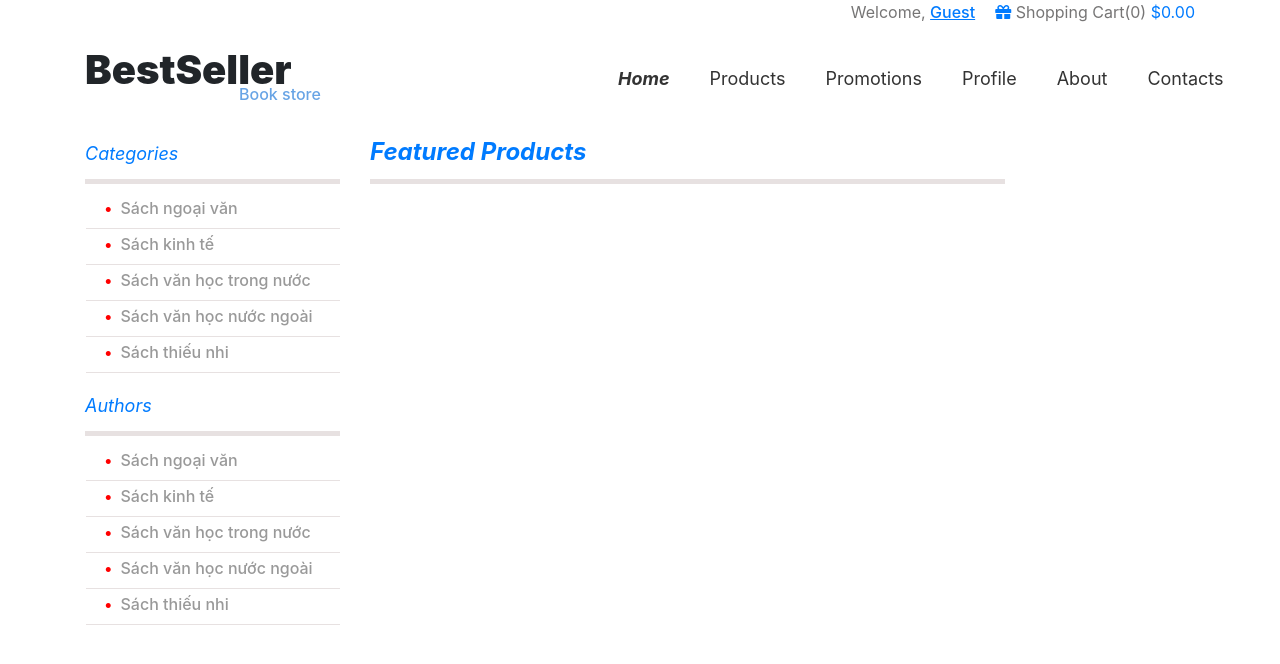
Repository: phunobi1807/BestSeller
Page: index.html
The author's editor kept a copy of each file at every save. The page is drawn from the files as they stood at one save, then again after the next save.
The browser window is 1280 px wide. The pictures show the whole page.

Above is the page before, as saved 2021-06-28 23:29:35.

After the next save:
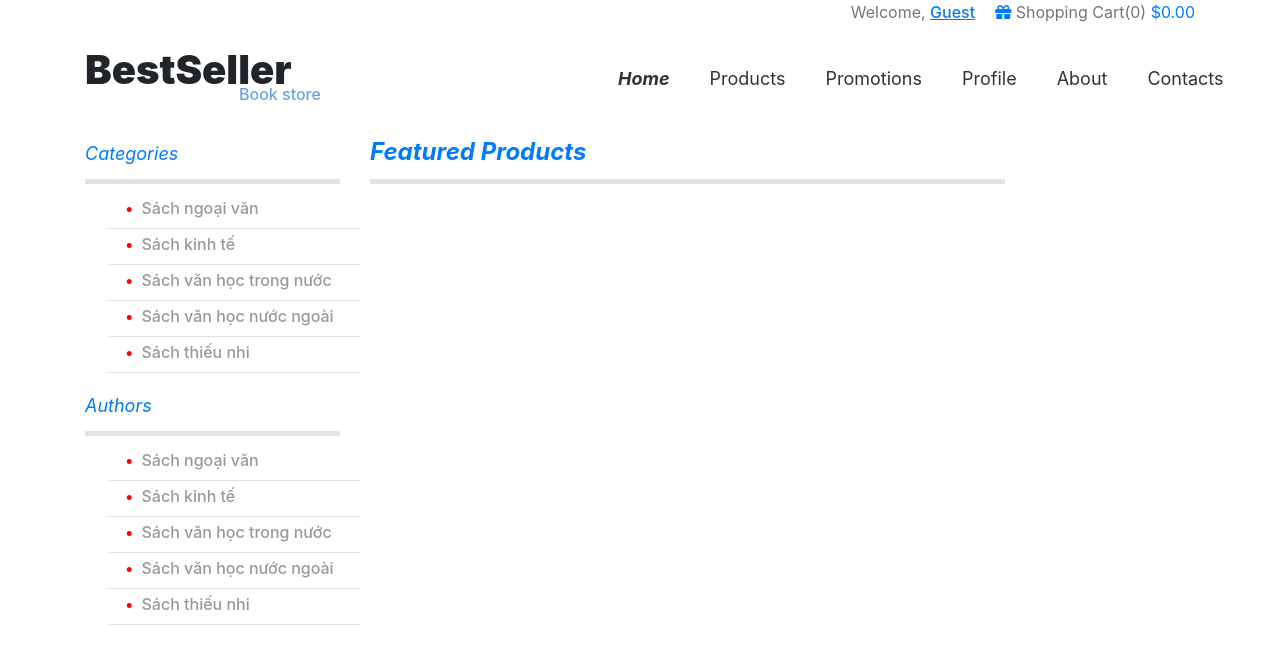
Saved 25 s later.
--- a/css/style.css
+++ b/css/style.css
@@ -120,7 +120,7 @@ html {
 /* Side bar */
 
 .side-bar__list {
-    padding-left: 19px;
+    /* padding-left: 19px; */
 }
 
 .side-bar__list-item {
